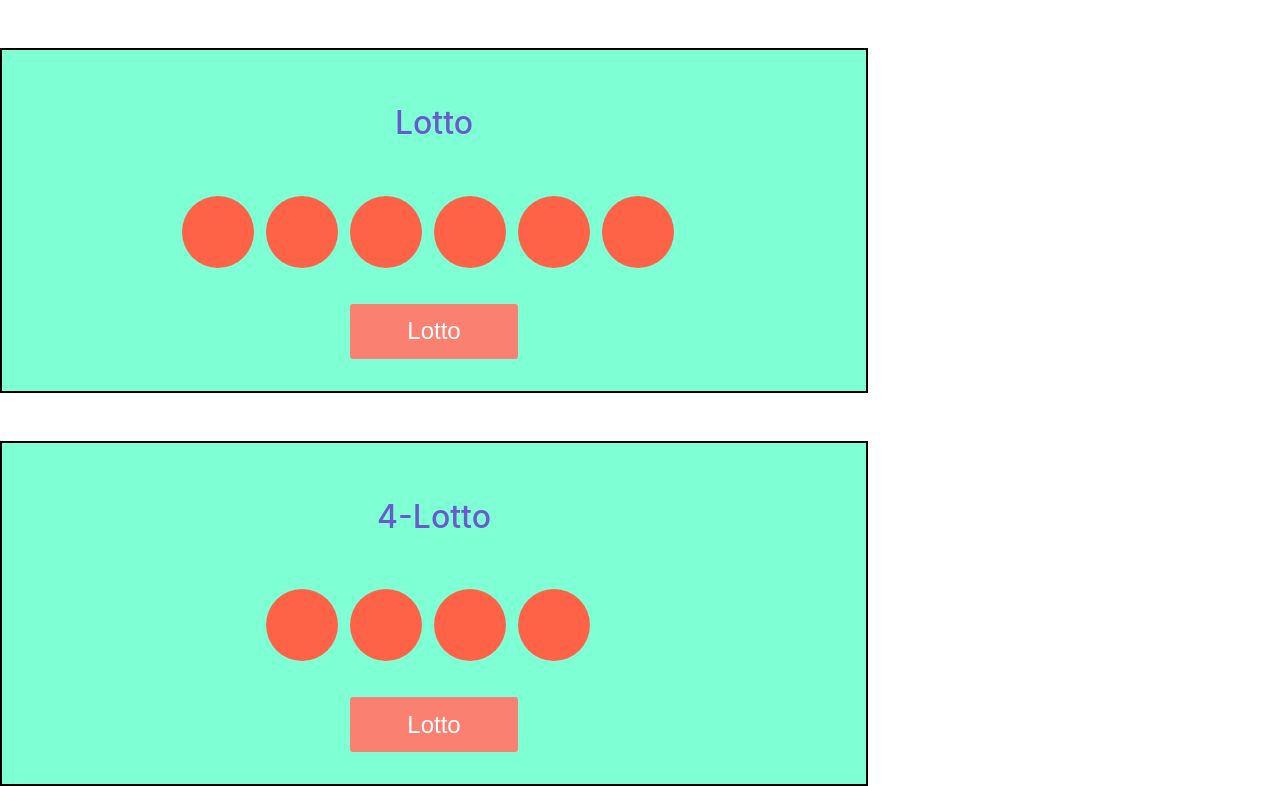
Repository: dung8466/learn-react
Page: / (app in lottery/)
The author's editor kept a copy of each file at every save. The page is drawn from the files as they stood at one save, then again after the next save.
The browser window is 1280 px wide. The pictures show the whole page.
The project was rebuilt for these pictures with package versions that can differ from the ones it lists, and the page was loaded fresh each time.

Above is the page before, as saved 2022-09-18 21:12:30.

After the next save:
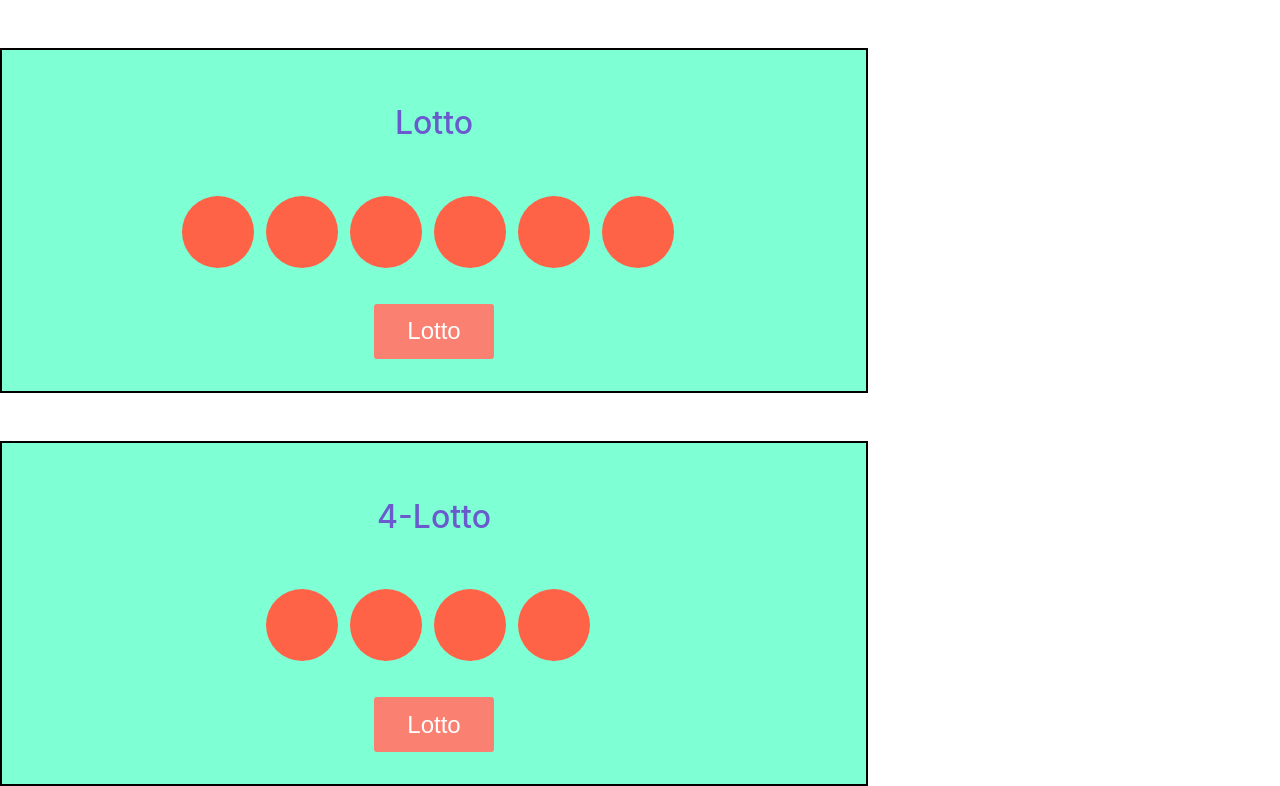
Saved 6 s later.
--- a/lottery/src/Lotto.css
+++ b/lottery/src/Lotto.css
@@ -21,7 +21,7 @@
 }
 
 .btn{
-    width: 7em;
+    width: 5em;
     height: 2.3em;
     background-color: salmon;
     border: 0px;

After the save that followed:
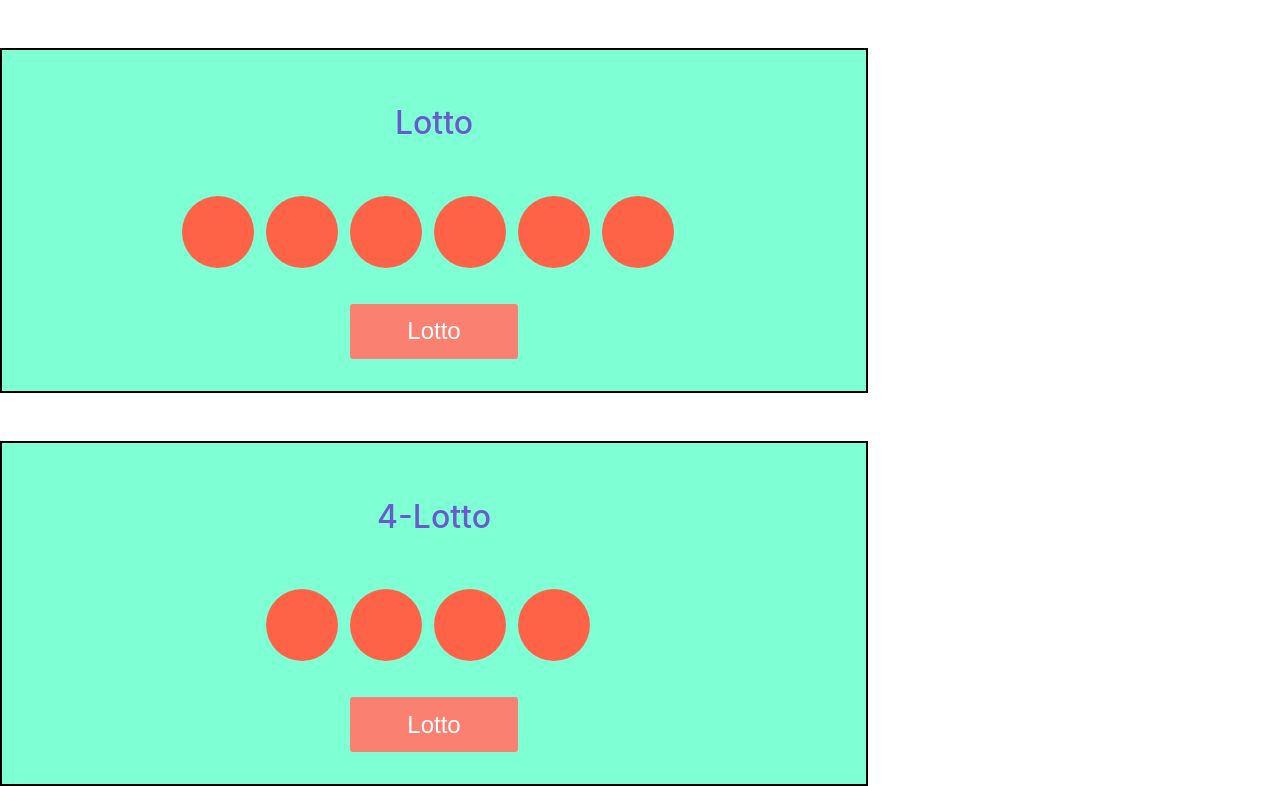
Saved 4 s later.
--- a/lottery/src/Lotto.css
+++ b/lottery/src/Lotto.css
@@ -21,7 +21,7 @@
 }
 
 .btn{
-    width: 5em;
+    width: 7em;
     height: 2.3em;
     background-color: salmon;
     border: 0px;
